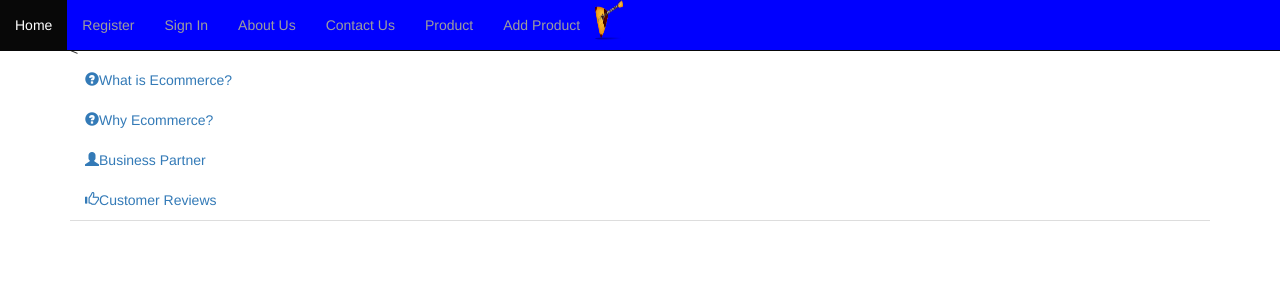
Repository: aradhana15/myFinalRepository
Page: http://localhost/music/WEB-INF/views/yecomm.jsp
The author's editor kept a copy of each file at every save. The page is drawn from the files as they stood at one save, then again after the next save.
The browser window is 1280 px wide. The pictures show the whole page.
The page is served by Tomcat 9. Nobody is signed in. Other server files are loaded and not shown. The template is opened directly, without the code that normally fills it, so the values that code supplies are empty.

Above is the page before, as saved 2016-04-23 16:39:05.
Console error (its wording comes from the project's code and is left out).

### wwf/music/src/main/webapp/WEB-INF/views/yecomm.jsp
<html>
<%@include file="header.jsp"%>
<head>
</head>
<body>


</body>
</html>

### wwf/music/src/main/webapp/WEB-INF/views/header.jsp

<meta name="viewport" content="width=device-width, initial-scale=1">
<link rel="stylesheet"
	href="http://maxcdn.bootstrapcdn.com/bootstrap/3.3.6/css/bootstrap.min.css">
<script
	src="http://maxcdn.bootstrapcdn.com/bootstrap/3.3.6/js/bootstrap.min.js"></script>
<%@taglib prefix="spr" uri="http://www.springframework.org/tags"%>
<%@taglib prefix="c" uri="http://java.sun.com/jsp/jstl/core"%>


<div class="container">
	<div class="navbar navbar-inverse navbar-fixed-top" role="navigation" style="background-color: blue">


		<div class="nav navbar-nav">
			<li class="active"><a href="house">Home</a></li>
			<li><a href="register">Register</a></li>
			<!-- if u by deflt make anything acive -->
			<li><a href="sign">Sign In</a></li>
			<li><a href="aboutus">About Us</a></li>
			<li><a href="contactus">Contact Us</a></li>
			<li><a href="product">Product</a></li>
			<li><a href="addproduct">Add Product</a></li>
			 <li><img src="<c:url value='/resources/images/guitar.jpg' />"height="40px" width="30px"></li>


		</div>
	</div>
	<!-- <div class="nav navbar-nav"> -->
	<br>
	<br>
	<div class="nav nav-tabs">
		<button type="button" class="navbar-toggle" data-toggle="collapse"
			data-target=".navbar-collapse">
			<span class="sr-only">Toggle navigation</span> <span class="icon-bar"></span>
			<span class="icon-bar"></span> <span class="icon-bar"></span>
		</button>
		< <ul class="nav">
			<li class="active"><a href="whatecomm"> <i
					class="glyphicon glyphicon-question-sign"></i>What is Ecommerce?</a>
			<li><a href="yecomm"> <i
					class="glyphicon glyphicon-question-sign"></i>Why Ecommerce?</a></li>
			<li><a href="businessparter"> <i
					class="glyphicon glyphicon-user"></i>Business Partner</a></li>
			<li><a href="custreview"> <i
					class="glyphicon glyphicon-thumbs-up"></i>Customer Reviews</a></li>
		</ul>



	</div>

</div>

After the next save:
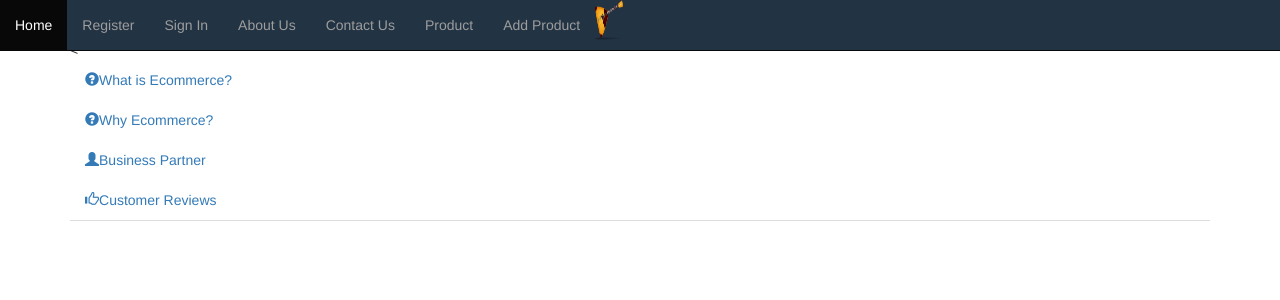
Saved 39 s later.
--- a/wwf/music/src/main/webapp/WEB-INF/views/header.jsp
+++ b/wwf/music/src/main/webapp/WEB-INF/views/header.jsp
@@ -9,7 +9,7 @@
 
 
 <div class="container">
-	<div class="navbar navbar-inverse navbar-fixed-top" role="navigation" style="background-color: blue">
+	<div class="navbar navbar-inverse navbar-fixed-top" role="navigation" style="background-color: #223344">
 
 
 		<div class="nav navbar-nav">
